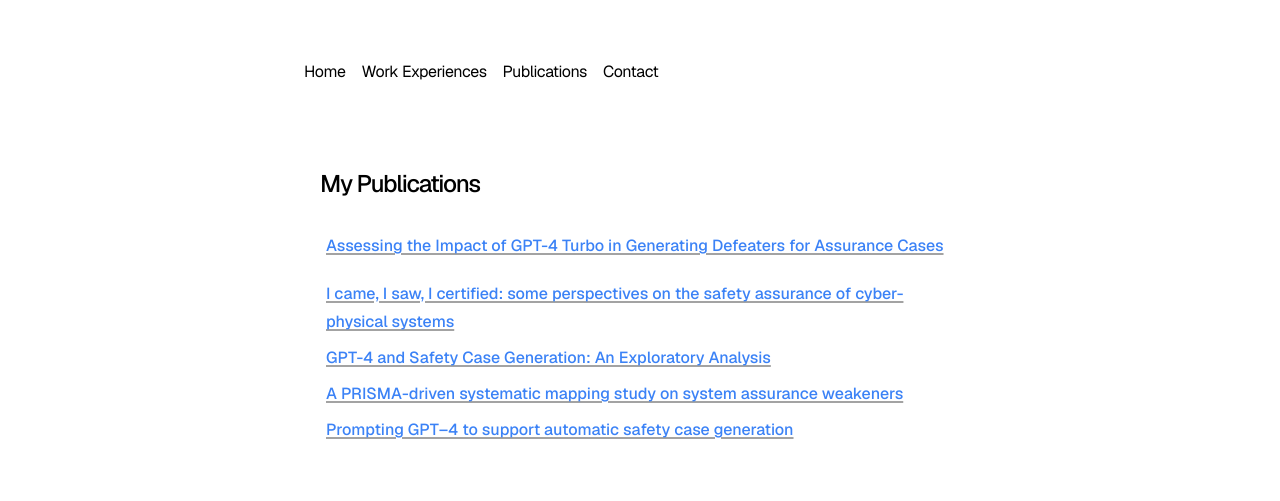
Repository: kimixz/kimixz.github.io
Page: /publications
The author's editor kept a copy of each file at every save. The page is drawn from the files as they stood at one save, then again after the next save.
The browser window is 1280 px wide. The pictures show the whole page.
The project was rebuilt for these pictures with package versions that can differ from the ones it lists, and the page was loaded fresh each time. Some packages were replaced by stand-ins written for this rebuild. The framework's server and built-in components were replaced by stand-ins that run in the browser. Also part of the build but not shown: next.config.mjs, app/blog/[slug]/sandpack.tsx.

Above is the page before, as saved 2024-07-28 16:32:18.

### app/publications/page.tsx
export default function Page() {
    return (
      <section className="max-w-3xl mx-auto p-4">
        <h1 className="font-medium text-2xl mb-8 tracking-tighter">My Publications</h1>

        <section className="mb-8">
          <ul className="prose prose-neutral dark:prose-invert">
            <li>
              <a href="https://example.com/paper1" className="text-blue-500">Assessing the Impact of GPT-4 Turbo in Generating Defeaters for Assurance Cases</a><br />
            </li>
            <li>
              <a href="https://example.com/paper2" className="text-blue-500">I came, I saw, I certified: some perspectives on the safety assurance of cyber-physical systems</a><br />
            </li>
            <li>
              <a href="https://example.com/paper3" className="text-blue-500">GPT-4 and Safety Case Generation: An Exploratory Analysis</a><br />
            </li>
            <li>
              <a href="https://example.com/paper4" className="text-blue-500">A PRISMA-driven systematic mapping study on system assurance weakeners</a><br />
            </li>
            <li>
              <a href="https://example.com/paper5" className="text-blue-500">Prompting GPT–4 to support automatic safety case generation</a><br />
            </li>
          </ul>
        </section>
      </section>
    );
  }

### app/global.css
@tailwind base;
@tailwind components;
@tailwind utilities;

::selection {
  background-color: #47a3f3;
  color: #fefefe;
}

:root {
  --sh-class: #2d5e9d;
  --sh-identifier: #354150;
  --sh-sign: #8996a3;
  --sh-string: #007f7a;
  --sh-keyword: #e02518;
  --sh-comment: #a19595;
  --sh-jsxliterals: #6266d1;
  --sh-property: #e25a1c;
  --sh-entity: #e25a1c;
}

@media (prefers-color-scheme: dark) {
  :root {
    --sh-class: #4c97f8;
    --sh-identifier: white;
    --sh-keyword: #f47067;
    --sh-string: #0fa295;
  }
  html {
    color-scheme: dark;
  }
}

html {
  min-width: 360px;
}

.prose .anchor {
  @apply absolute invisible no-underline;

  margin-left: -1em;
  padding-right: 0.5em;
  width: 80%;
  max-width: 700px;
  cursor: pointer;
}

.anchor:hover {
  @apply visible;
}

.prose a {
  @apply transition-all decoration-neutral-400 dark:decoration-neutral-600 underline-offset-2 decoration-[0.1em];
}

.prose .anchor:after {
  @apply text-neutral-300 dark:text-neutral-700;
  content: '#';
}

.prose *:hover > .anchor {
  @apply visible;
}

.prose pre {
  @apply bg-neutral-50 dark:bg-neutral-900 rounded-lg overflow-x-auto border border-neutral-200 dark:border-neutral-900;
}

.prose code {
  @apply px-1 py-0.5 rounded-lg;
}

.prose pre code {
  @apply p-0;
  border: initial;
  line-height: 1.5;
}

.prose code span {
  @apply font-medium;
}

.prose img {
  /* Don't apply styles to next/image */
  @apply m-0;
}

.prose h2,
h3,
h4 {
  @apply font-medium tracking-tighter !important;
}

.prose strong {
  @apply font-medium;
}

.prose > :first-child {
  /* Override removing top margin, causing layout shift */
  margin-top: 1.25em !important;
  margin-bottom: 1.25em !important;
}

pre::-webkit-scrollbar {
  display: none;
}

pre {
  -ms-overflow-style: none; /* IE and Edge */
  scrollbar-width: none; /* Firefox */
}

/* Remove Safari input shadow on mobile */
input[type='text'],
input[type='email'] {
  -webkit-appearance: none;
  -moz-appearance: none;
  appearance: none;
}

.prose .tweet a {
  text-decoration: inherit;
  font-weight: 500;
}

table {
  display: block;
  max-width: fit-content;
  overflow-x: auto;
  white-space: nowrap;
}

.prose .callout > p {
  margin: 0 !important;
}

.title {
  text-wrap: balance;
}

### app/components/nav.tsx
import Link from 'next/link';

const navItems = {
  '/': {
    name: 'Home',
  },
  '/work': {
    name: 'Work Experiences',
  },
  '/publications': {
    name: 'Publications',
  },
  '/contact': {
    name: 'Contact',
  },
};

export function Navbar() {
  return (
    <aside className="-ml-[8px] mb-16 tracking-tight">
      <div className="lg:sticky lg:top-20">
        <nav
          className="flex flex-row items-start relative px-0 pb-0 fade md:overflow-auto scroll-pr-6 md:relative"
          id="nav"
        >
          <div className="flex flex-row space-x-0 pr-10">
            {Object.entries(navItems).map(([path, { name }]) => {
              return (
                <Link
                  key={path}
                  href={path}
                  className="transition-all hover:text-neutral-800 dark:hover:text-neutral-200 flex align-middle relative py-1 px-2"
                >
                  {name}
                </Link>
              );
            })}
          </div>
        </nav>
      </div>
    </aside>
  );
}

Loaded but not shown: app/layout.tsx (common file); tailwind.config.ts (common file)

After the next save:
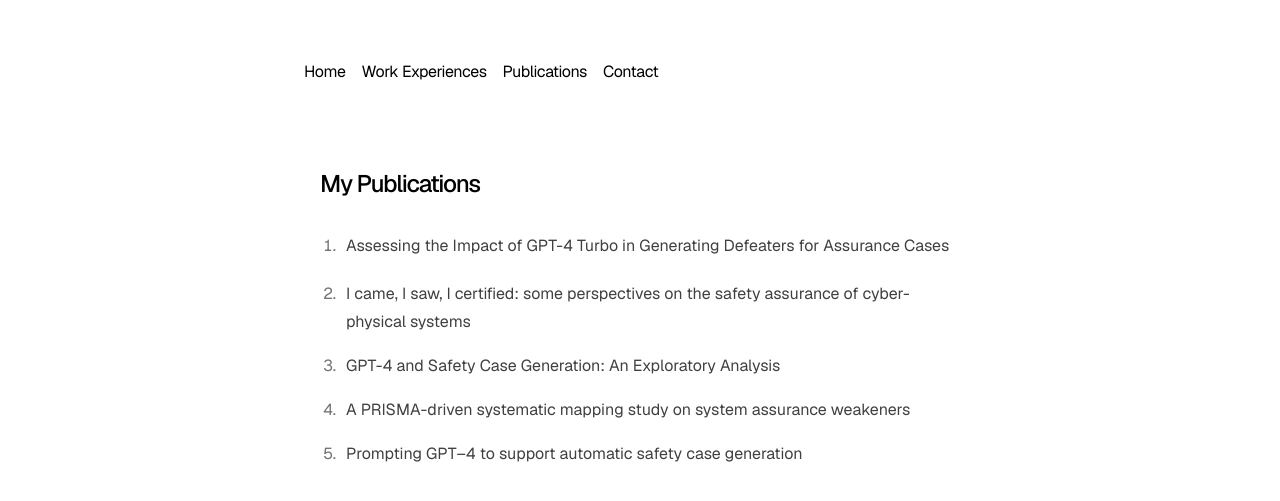
Saved 53 s later.
--- a/app/publications/page.tsx
+++ b/app/publications/page.tsx
@@ -3,25 +3,23 @@ export default function Page() {
       <section className="max-w-3xl mx-auto p-4">
         <h1 className="font-medium text-2xl mb-8 tracking-tighter">My Publications</h1>
 
-        <section className="mb-8">
-          <ul className="prose prose-neutral dark:prose-invert">
-            <li>
-              <a href="https://example.com/paper1" className="text-blue-500">Assessing the Impact of GPT-4 Turbo in Generating Defeaters for Assurance Cases</a><br />
-            </li>
-            <li>
-              <a href="https://example.com/paper2" className="text-blue-500">I came, I saw, I certified: some perspectives on the safety assurance of cyber-physical systems</a><br />
-            </li>
-            <li>
-              <a href="https://example.com/paper3" className="text-blue-500">GPT-4 and Safety Case Generation: An Exploratory Analysis</a><br />
-            </li>
-            <li>
-              <a href="https://example.com/paper4" className="text-blue-500">A PRISMA-driven systematic mapping study on system assurance weakeners</a><br />
-            </li>
-            <li>
-              <a href="https://example.com/paper5" className="text-blue-500">Prompting GPT–4 to support automatic safety case generation</a><br />
-            </li>
-          </ul>
-        </section>
+        <ol className="prose prose-neutral dark:prose-invert list-decimal pl-5">
+          <li className="mb-4">
+            Assessing the Impact of GPT-4 Turbo in Generating Defeaters for Assurance Cases
+          </li>
+          <li className="mb-4">
+            I came, I saw, I certified: some perspectives on the safety assurance of cyber-physical systems
+          </li>
+          <li className="mb-4">
+            GPT-4 and Safety Case Generation: An Exploratory Analysis
+          </li>
+          <li className="mb-4">
+            A PRISMA-driven systematic mapping study on system assurance weakeners
+          </li>
+          <li className="mb-4">
+            Prompting GPT–4 to support automatic safety case generation
+          </li>
+        </ol>
       </section>
     );
   }
